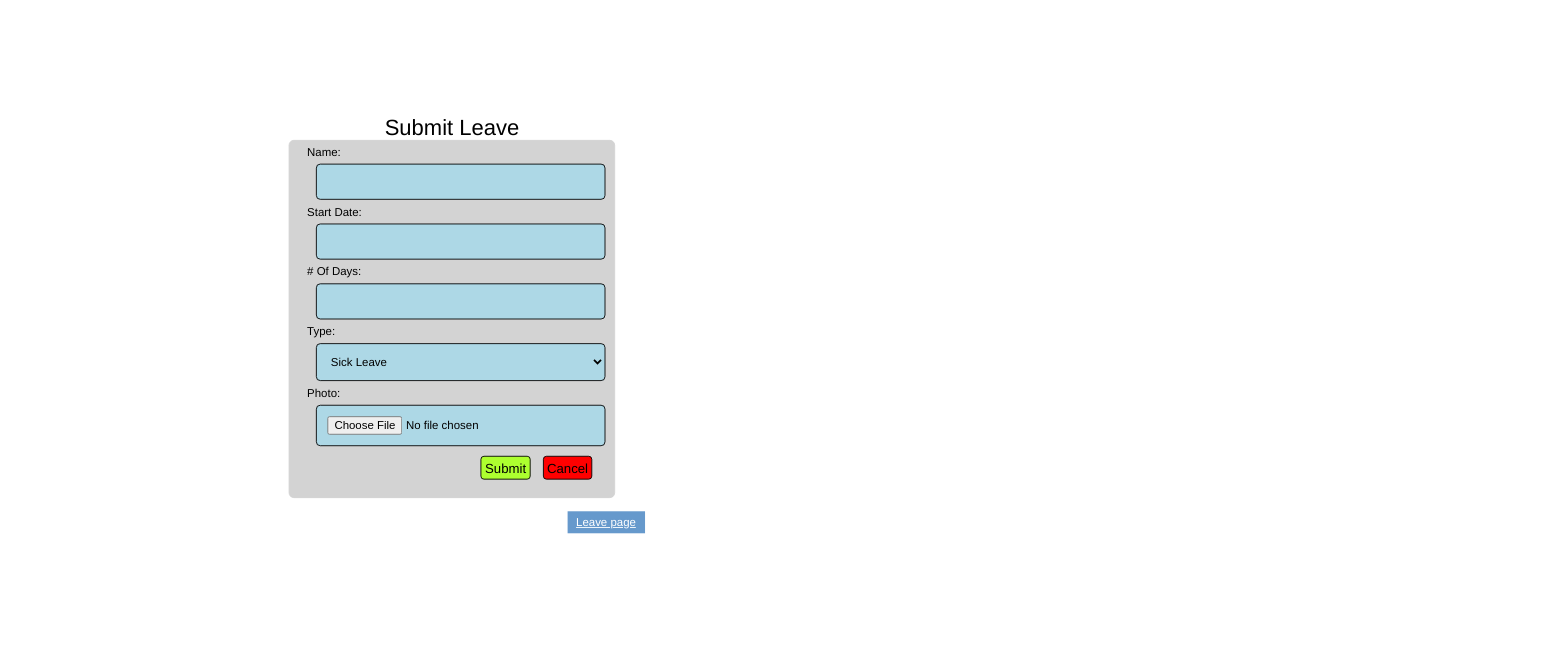
Repository: Murad71/BasicCRUD
Page: index.html
These files come from the project's save history. The page is drawn as it stood at one moment and after a run of saves; the edit follows.
The browser window is 1280 px wide. The page is 1280 px wide, then 1778 px, so the pictures cover 1778 px, including what lies to the right of the window. The pictures show the whole page, at 88% of full size.

Above is the page before, as saved 2023-04-18 21:45:32.

### index.html
<!DOCTYPE html>
<html lang="en">
  <head>
    <meta charset="UTF-8" />
    <meta http-equiv="X-UA-Compatible" content="IE=edge" />
    <meta name="viewport" content="width=device-width, initial-scale=1.0" />
    <link rel="stylesheet" href="index.css" />
    <title>Leave Request</title>
  </head>
  <body>
    <div class="flex1">
      <form id="form1">
        <header>Submit Leave</header>
        <div class="container">
          <label for="name">Name:</label>
          <input type="text" id="name" name="name" />
          <br />
          <label for="startdate">Start Date:</label>
          <input type="text" id="startdate" name="startdate" />
          <br />
          <label for="days"># Of Days:</label>
          <input type="text" id="days" name="days" />
          <br />
          <label for="leaves">Type:</label>
          <select id="leave" name="leaves" required>
            <option value="Sick leave">Sick Leave</option>
            <option value="Early leave">Early Leave</option>
            <option value="Vacation leave">Vacation Leave</option>
            <option value="Other">Other</option>
          </select>
          <br />
          <label for="photo">Photo:</label>
          <input type="file" id="photo" name="photo"/>
          <div class="button-container">
            <input type="submit" value="Submit" id="submitButton"/>
            <input type="reset" value="Cancel" class="cancel" />
          </div>
        </div>
      </form>
      <div class="anchorContainer">
        <a href="index1.html"> Leave page</a>
        <!--Added the hyperlink here-->
      </div>
    </div>
    <script src="script.js"></script>
  </body>
</html>

### index.css
* {
  box-sizing: border-box;
  font-family: "Franklin Gothic Medium", "Arial Narrow", Arial, sans-serif;
  font-size: small;
}

.flex1
{
  align-items: center;
  display: flex;
  justify-content: center;
  height: 100vh;
  flex-direction: column;
  width: 80%;
}

.container {
  background-color: lightgray;
  padding: 5px 20px 15px 20px;
  border: 1px solid lightgray;
  border-radius: 6px;
  flex-direction: column;
  margin-bottom: 15px;
  width: 100%;
}

header {
  font-size: 25px;
  text-align: center;
}

input[type="text"],
input[type="file"],
select,
textarea {
  width: 100%;
  padding: 12px;
  margin: 6px;
  border: 1px solid;
  border-radius: 5px;
  margin-left: 10px;
  background-color: lightblue;
}

.button-container {
  text-align: right;
}

input[type="submit"],
input[type="reset"] {
  font-size: 15px;
  border: 1px solid;
  margin: 5px;
  padding: 4px;
  background-color: greenyellow;
  border-radius: 4px;
}

input[type="reset"].cancel {
  background-color: red;
}

.anchorContainer {
  margin-left: 350px;
}

a {
  display: inline-block;
  background: #69c;
  color: #fff;
  padding: 5px 10px;
}

### script.js
let storage=JSON.parse(localStorage.getItem('store')) || [];
let index=JSON.parse(localStorage.getItem('rIndex')) || null;
const submitButtonCatch=document.getElementById("submitButton");
const img= new Image();

//after clicking the submit button
submitButtonCatch.addEventListener("click",() =>{
    const form=document.getElementById("form1");
    let object={};
    let flag=true;

    object["id"]= Date.now();
    for(let i=0;i<form.length;i++)
    {
        if(form.elements[i].name=="photo")
        {
            object[form.elements[i].name]= img.src;
        }
        else
        {
            object[form.elements[i].name]=form.elements[i].value;
        }
        if(form.elements[i].value=='')
        {
            flag=false;
            alert("WARNING: Fill all the given Input correctly.");
            break;
        }
        if(form.elements[i].name=="days" && (form.elements[i].value>7 || form.elements[i].value<1))
        {
            flag=false;
            alert("WARNING: Enter a valid number for vacation");
            break;
        }
    }

    if(flag)
    {
        alert("Your data has been submitted Successfully!!");
        if(index!=null)
        {
            storage[index]=object;
            index=null;
        }
        else storage.push(object);


        localStorage.setItem('store',JSON.stringify(storage));
        localStorage.setItem('rIndex',JSON.stringify(index));
        form.reset();
    }
});


//base64 conversion
const fileEl= document.getElementById('photo');
fileEl.addEventListener('change', () =>{

    const fr= new FileReader();
    fr.readAsDataURL(fileEl.files[0]);

    fr.addEventListener('load', ()=>{

        const url= fr.result;
        img.src= url;

    });

});


console.log(storage);



// let submitButtonClicked=document.getElementById("submitButton");
// let indx=0;
// let flag= true;
// let obj={};

// submitButtonClicked.addEventListener('click',() =>{

//     const form= document.getElementById('form1');
//     obj["id"]= indx;
//     indx++;
//     for(let i=0; i<form.length; i++)
//     {
//         obj[form.elements[i].name]=form.elements[i].value;
//         if(form.elements[i].value=='')
//         {
//             flag=false;
//             alert("WARNING: Fill all the given Input correctly.");
//             break;
//         }
//         if(form.elements[i].name=="days" && (form.elements[i].value>7 || form.elements[i].value<1))
//         {
//             flag=false;
//             alert("WARNING: Enter a valid number for vacation");
//             break;
//         }
//     }

//     if(flag)
//     {
//         alert("Data entered successfully!");
//         insertData();
//     }

// });


// function intertData()
// {
//     const table = document.getElementsByClassName("tbody1")[0];
//           var row=document.createElement('tr');
//            row.innerHTML = `<td>${obj.name}</td>
//                 <td>${obj.startdate}</td>
//                 <td>${obj.days}</td>
//                 <td>${obj.leaves}</td>
//                 <td><img id="img" src=${obj.photo} alt=""></td>
//                 <td><a href="index.html" id="edit">Edit</a> <input type='button' value= 'Reject' name=${obj.id} id="reject"/></td>`;
//             table.appendChild(row);
// }

After the next 2 saves:
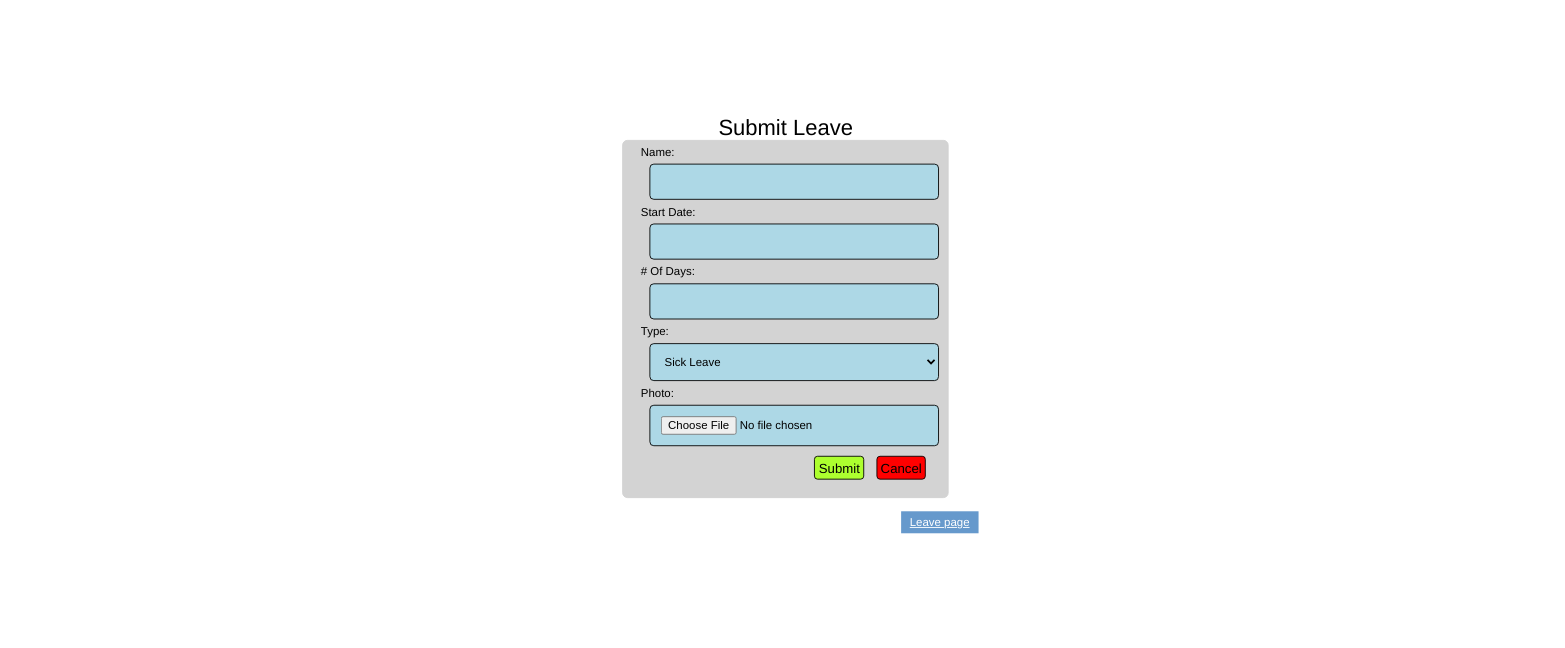
The 2 saves are shown as one change because they came seconds apart.
The last was saved 7 s later.
--- a/index.css
+++ b/index.css
@@ -11,7 +11,7 @@
   justify-content: center;
   height: 100vh;
   flex-direction: column;
-  width: 80%;
+  width: 140%;
 }
 
 .container {
